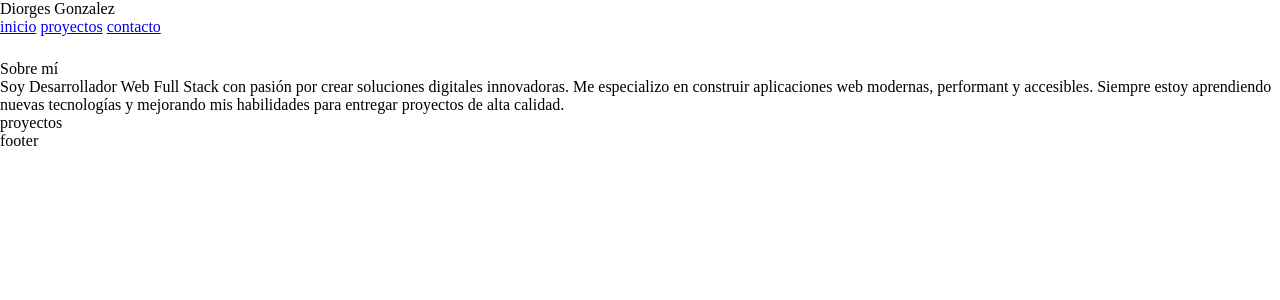
Repository: DenLion09/DenLion09.dots
Page: javascipt_withow_filter/basic/ejercisios/portfolio2/index.html
These files come from the project's save history. The page is drawn as it stood at one moment and after the next save; the edit follows.
The browser window is 1280 px wide. The pictures show the whole page.

Above is the page before, as saved 2026-05-17 23:00:46.

After the next save:
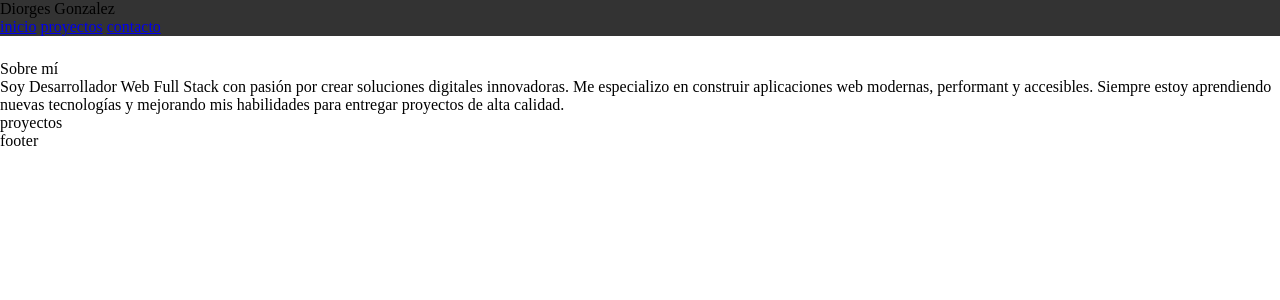
Saved 22 s later.
--- a/javascipt_withow_filter/basic/ejercisios/portfolio2/style.css
+++ b/javascipt_withow_filter/basic/ejercisios/portfolio2/style.css
@@ -12,4 +12,5 @@ header {
   position: fixed;
   top: 0;
   width: 100%;
+  background: #333;
 }
